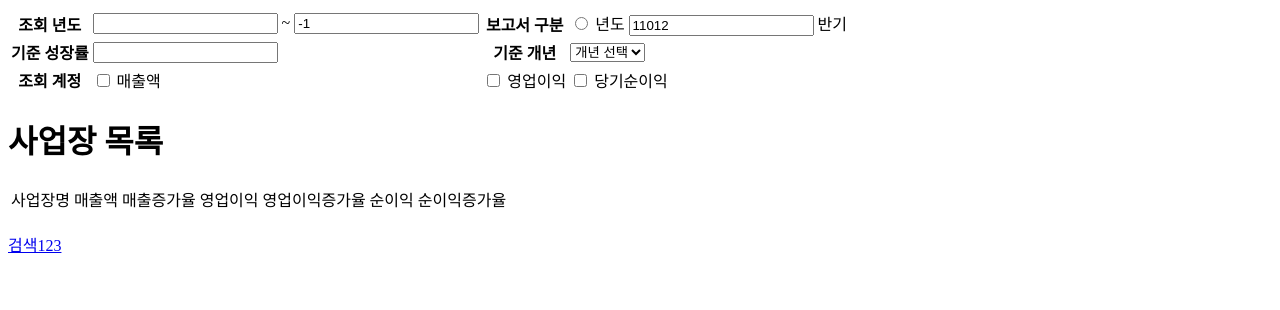
Repository: bangProgram/PJT_Finance
Page: http://localhost/Finance/WEB-INF/views/report/reportList.jsp
The author's editor kept a copy of each file at every save. The page is drawn from the files as they stood at one save, then again after the next save.
The browser window is 1280 px wide. The pictures show the whole page.
The page is served by Tomcat 9. Nobody is signed in. Other server files are loaded and not shown. The template is opened directly, without the code that normally fills it, so the values that code supplies are empty.

Above is the page before, as saved 2022-10-20 06:52:50.
Console error: ReferenceError: $ is not defined

### Finance/src/main/webapp/WEB-INF/views/report/reportList.jsp
<%@ page pageEncoding="UTF-8" contentType="text/html;charset=utf-8"%>
<%@ taglib prefix="fmt" uri="http://java.sun.com/jsp/jstl/fmt"%>
<%@ taglib uri="http://java.sun.com/jsp/jstl/core" prefix="c"%>
<script type="text/javascript">
	$(document).ready(function(){
		$(".pSearchYear").change(function(){
			var pStartYear = $("#pStartYear").val();
			var pEndYear = $("#pEndYear").val();
			var chkYear = pEndYear;

			$('#chkYearCnt').children('option').remove();

			var html = ''
			for(var i=1; pStartYear <= chkYear; i++){
				if(i=1){
					html += '<option value="'+i+'">'+ (chkYear--) +' </option>'
				}else{
					html += '<option value="'+i+'">'+ pEndYear+' ~ '+(chkYear--) +' </option>'
				}
			}
			$('#chkYearCnt').append(html);
		});
	});

	function goSearch(){
		var frm = document.searchForm;
		frm.action = "/report/select";
		frm.submit();
	}
</script>

<html>
<head>
<title>사업장 목록</title>
</head>
<body>
	<form action="">
		<table>
			<tr>
				<th>조회 년도</th>
				<td><input type="text" name="pStartYear" id="pStartYear" class="pSearchYear" value="" title="조회 시작년도"> ~ <input type="text" name="pEndYear" id="pEndYear" class="pSearchYear" value="${curYear-1}" title="조회 시작년도">  </td>
				<th>보고서 구분</th>
				<td><input type="radio" name="pReportCd" id="pReportCd" value="11011" title="보고서 구분"> 년도 <input type="text" name="pReportCd" id="pReportCd" value="11012" title="보고서 구분"> 반기 </td>
			</tr>
			<tr>
				<th>기준 성장률</th>
				<td><input type="text" name="chkAccRate" id="chkAccRate" value="" title="기준 성장률">  </td>
				<th>기준 개년</th>
				<td>
					<select name="chkYearCnt" id="chkYearCnt" title="기준 년도 선택">
						<option value = "">개년 선택</option>
					</select>
				</td>
			</tr>
			<tr>
				<th>조회 계정</th>
				<td><input type="checkbox" name="pAccountId" id="pAccountId" value="ifrs-full_Revenue" title="매출액"> 매출액 </td>
				<td><input type="checkbox" name="pAccountId" id="pAccountId" value="dart_OperatingIncomeLoss" title="영업이익"> 영업이익 </td>
				<td><input type="checkbox" name="pAccountId" id="pAccountId" value="ifrs-full_ProfitLoss" title="당기순이익"> 당기순이익 </td>
			</tr>
		</table>

	</form>
	<h1>사업장 목록</h1>
	<table>
		<thead>
			<tr>
				<td>사업장명</td>
				<td>매출액</td>
				<td>매출증가율</td>
				<td>영업이익</td>
				<td>영업이익증가율</td>
				<td>순이익</td>
				<td>순이익증가율</td>
			</tr>
		</thead>
		<tbody>
		<tr>
			<c:forEach var="row" items="${data}">
					<td>${row.corp_name}</td>
					<td>${row.category}</td>
					<td>${row.category}</td>
					<td>${row.category}</td>
					<td>${row.category}</td>
					<td>${row.category}</td>
					<td>${row.category}</td>
			</c:forEach>
		</tr>
		</tbody>

	</table>
	<p>
		<a href="/report/select">검색123</a>
	</p>
</body>
</html>

After the next save:
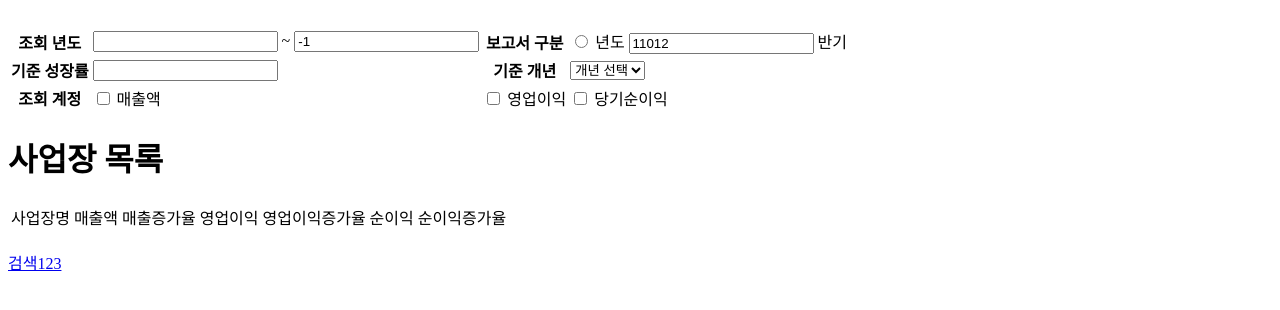
The error is gone.
Saved 7 min 28 s later.
--- a/Finance/src/main/webapp/WEB-INF/views/report/reportList.jsp
+++ b/Finance/src/main/webapp/WEB-INF/views/report/reportList.jsp
@@ -1,6 +1,7 @@
 <%@ page pageEncoding="UTF-8" contentType="text/html;charset=utf-8"%>
 <%@ taglib prefix="fmt" uri="http://java.sun.com/jsp/jstl/fmt"%>
 <%@ taglib uri="http://java.sun.com/jsp/jstl/core" prefix="c"%>
+﻿<script src="https://code.jquery.com/jquery-3.4.1.min.js"></script>﻿
 <script type="text/javascript">
 	$(document).ready(function(){
 		$(".pSearchYear").change(function(){
